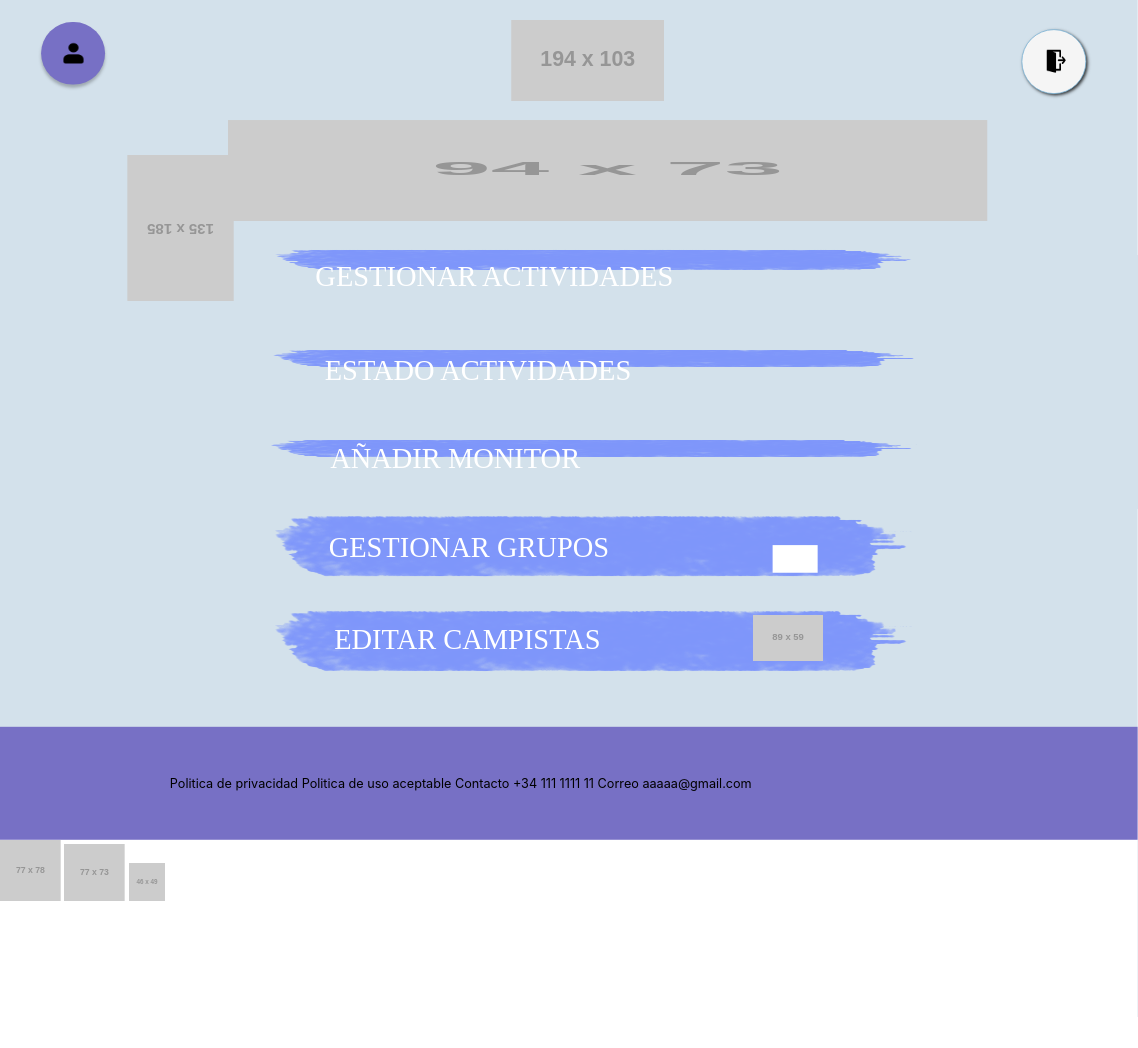
Repository: maariadomiingo/Proyecto-Integrador-Campamento
Page: html/interfaz_coordinador.html
These files come from the project's save history. The page is drawn as it stood at one moment and after a run of saves; the edit follows.
The browser window is 1280 px wide. The page is 1440 px wide, so the pictures cover 1440 px, including what lies to the right of the window. The pictures show the whole page, at 79% of full size.
Pictures or frames that could not be fetched are drawn as grey boxes.

Above is the page before, as saved 2025-01-31 13:23:22.

After the next 3 saves:
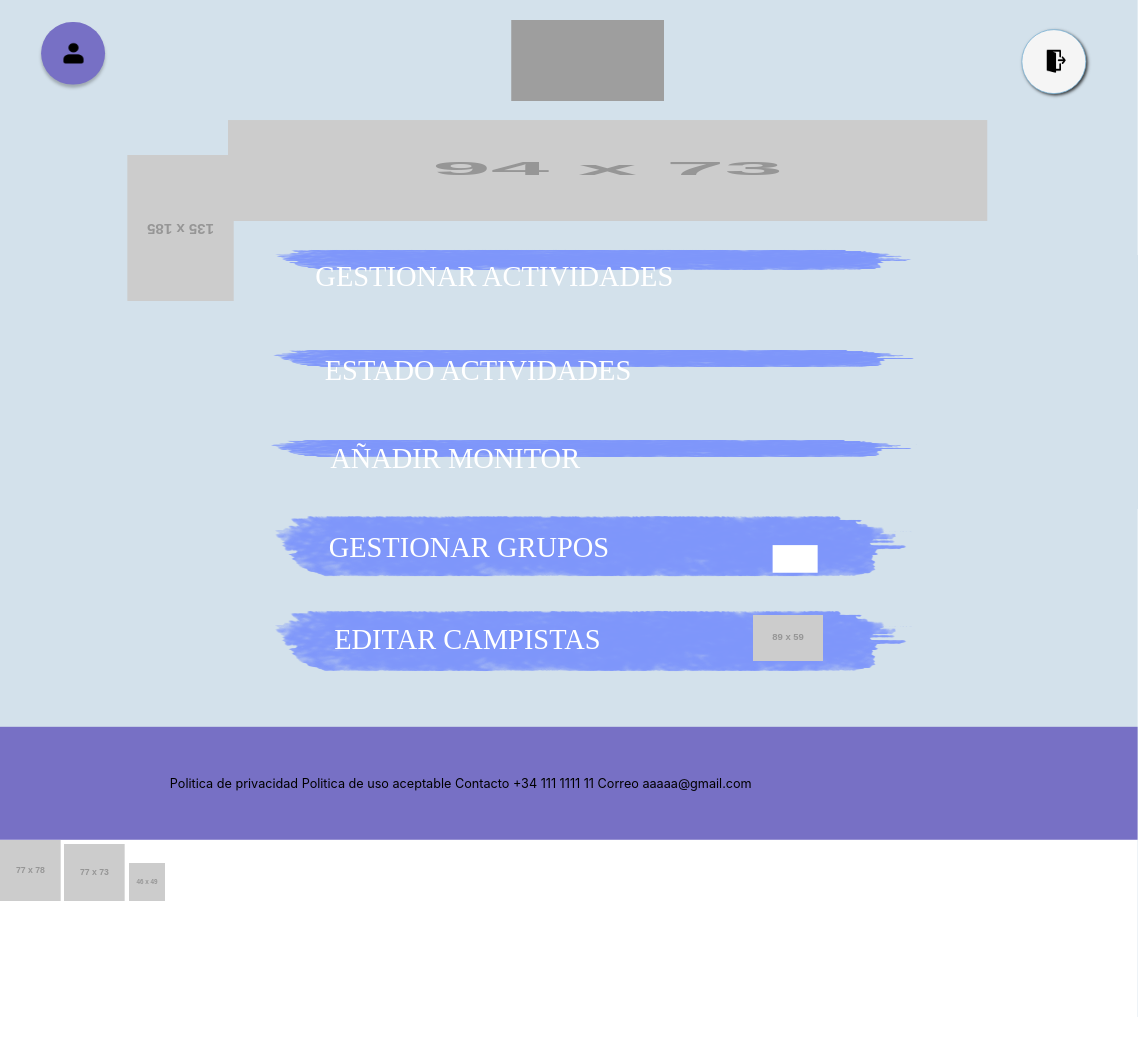
The 3 saves are shown as one change because they came seconds apart.
The last was saved 8 h 35 min later.
--- a/html/interfaz_coordinador.html
+++ b/html/interfaz_coordinador.html
@@ -37,7 +37,7 @@
       <div class="manage-schedules-text">GESTIONAR HORARIOS</div>
       <img class="schedule-icon" src="https://via.placeholder.com/94x73" />
     </div>
-    <img class="logo" src="https://via.placeholder.com/194x103" />
+    <img class="logo" src="../img/log" />
     <img class="small-icon" src="https://via.placeholder.com/89x59" />
     <div class="empty-div-3"></div>
     <div class="edit-campers">EDITAR CAMPISTAS</div>
